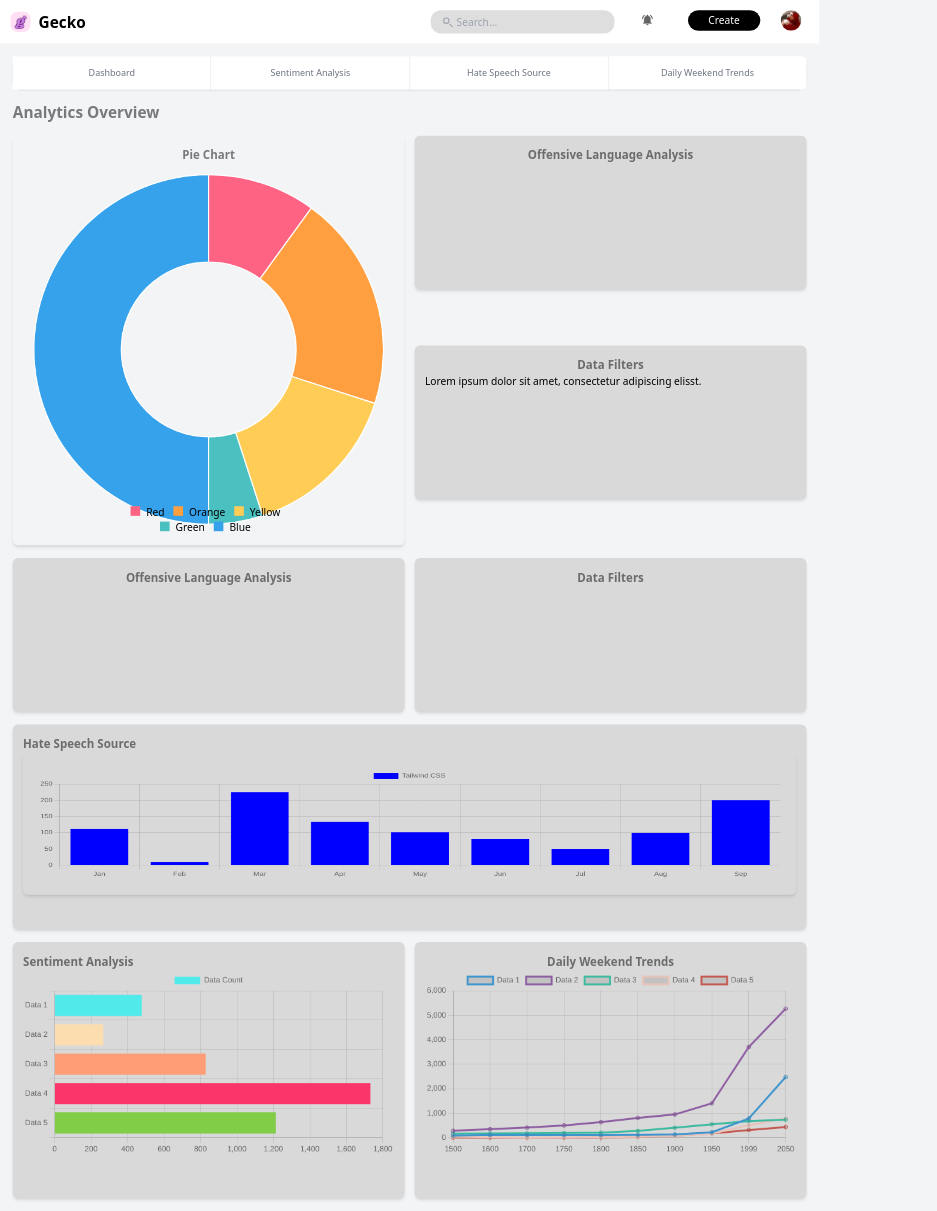
Repository: theamgri/thesis-website-nextjs
Page: website.html
These files come from the project's save history. The page is drawn as it stood at one moment and after the next save; the edit follows.
The browser window is 1280 px wide. The page is 1464 px wide, then 1280 px, then 1464 px, so the pictures cover 1464 px, including what lies to the right of the window. The pictures show the whole page, at 64% of full size.

Above is the page before, as saved 2023-10-04 10:27:36.
Console error: ReferenceError: Chart is not defined

After the next save:
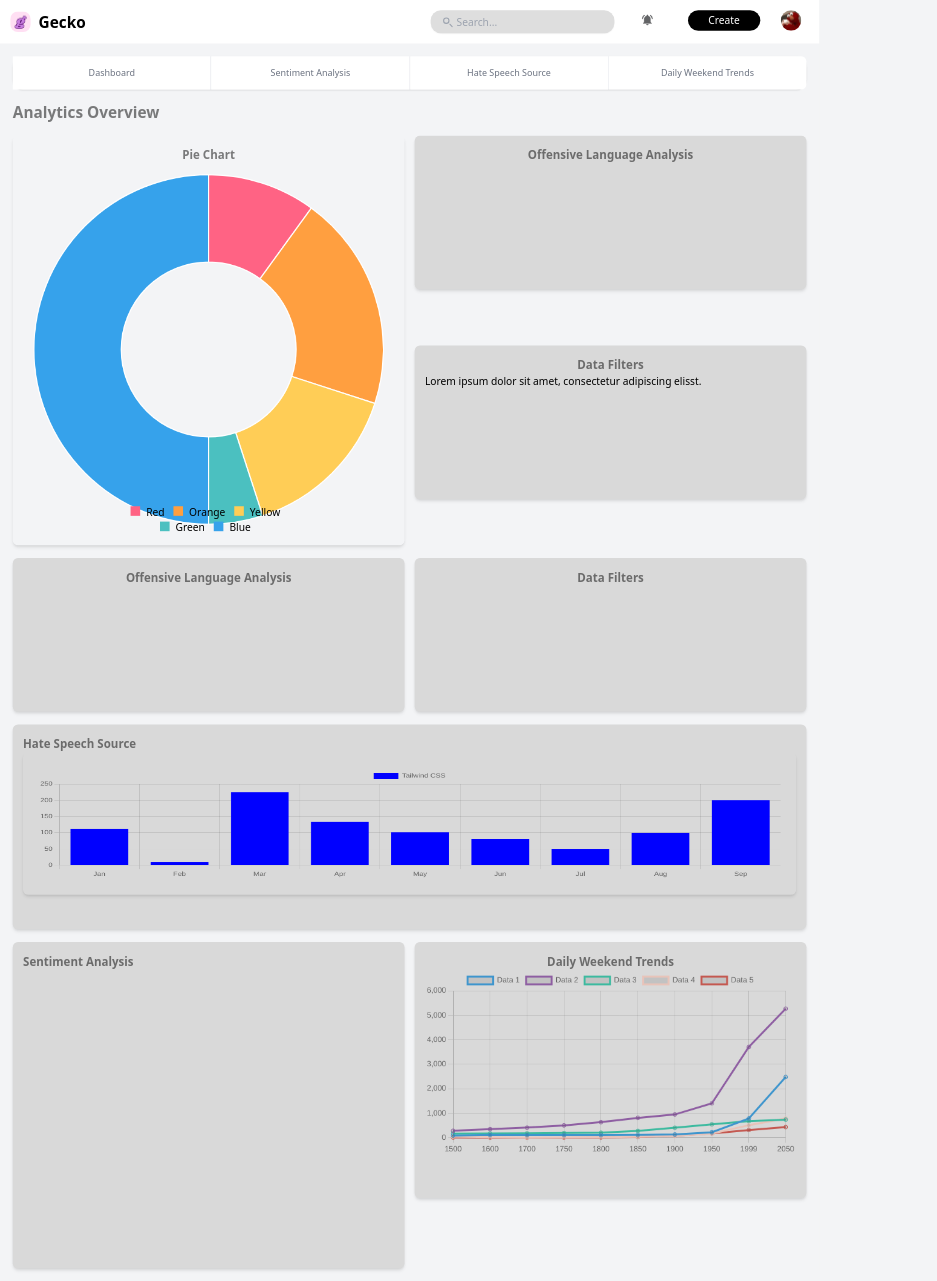
Saved 28 s later.
--- a/website.html
+++ b/website.html
@@ -318,36 +318,31 @@
     <!-- Container 4 -->
     <div class="bg-white p-4 rounded-lg shadow-md" style="background-color: #D9D9D9;">
         <h2 class="text-lg tex-center opacity-50 font-semibold">Sentiment Analysis</h2>
-        <div>
-          <canvas id="horizontal-bar-chart"></canvas>
-      </div>
-
-      <script>
-         new Chart(document.getElementById("horizontal-bar-chart"), {
-            type: 'bar',
-            data: {
-                labels: ["Data 1", "Data 2", "Data 3", "Data 4", "Data 5"],
-                datasets: [{
-                    label: "Data Count",
-                    backgroundColor: ["#51EAEA", "#FCDDB0",
-                        "#FF9D76", "#FB3569", "#82CD47"
-                    ],
-                    data: [478, 267, 829, 1732, 1213]
-                }]
-            },
-            options: {
-                indexAxis: 'y',
-                legend: {
-                    display: false
-                },
-                title: {
-                    display: true,
-                    text: 'Chart JS Horizontal Bar Chart Example'
-                }
+        <canvas id="bar-chart-horizontal" width="800" height="450"></canvas>
+
+        <script>
+          new Chart(document.getElementById("bar-chart-horizontal"), {
+        type: 'horizontalBar',
+        data: {
+          labels: ["Africa", "Asia", "Europe", "Latin America", "North America"],
+          datasets: [
+            {
+              label: "Population (millions)",
+              backgroundColor: ["#3e95cd", "#8e5ea2","#3cba9f","#e8c3b9","#c45850"],
+              data: [2478,5267,734,784,433]
             }
-        });
+          ]
+        },
+        options: {
+          legend: { display: false },
+          title: {
+            display: true,
+            text: 'Predicted world population (millions) in 2050'
+          }
+        }
+    });
+
       </script>
-
     </div>
 
     <!-- Container 5 -->

After the save that followed:
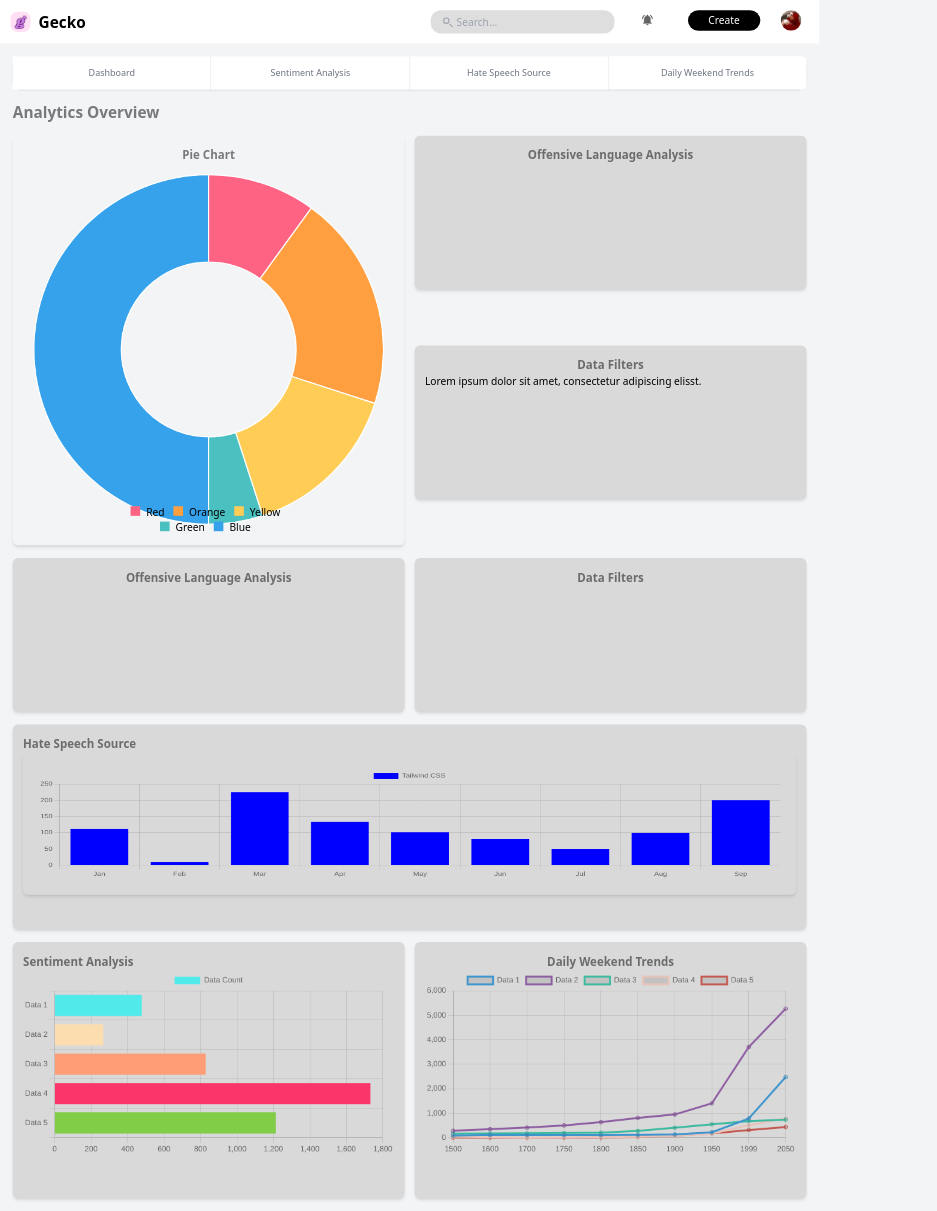
Saved 3 min 53 s later.
--- a/website.html
+++ b/website.html
@@ -318,31 +318,36 @@
     <!-- Container 4 -->
     <div class="bg-white p-4 rounded-lg shadow-md" style="background-color: #D9D9D9;">
         <h2 class="text-lg tex-center opacity-50 font-semibold">Sentiment Analysis</h2>
-        <canvas id="bar-chart-horizontal" width="800" height="450"></canvas>
-
-        <script>
-          new Chart(document.getElementById("bar-chart-horizontal"), {
-        type: 'horizontalBar',
-        data: {
-          labels: ["Africa", "Asia", "Europe", "Latin America", "North America"],
-          datasets: [
-            {
-              label: "Population (millions)",
-              backgroundColor: ["#3e95cd", "#8e5ea2","#3cba9f","#e8c3b9","#c45850"],
-              data: [2478,5267,734,784,433]
+        <div>
+          <canvas id="horizontal-bar-chart"></canvas>
+      </div>
+
+      <script>
+         new Chart(document.getElementById("horizontal-bar-chart"), {
+            type: 'bar',
+            data: {
+                labels: ["Data 1", "Data 2", "Data 3", "Data 4", "Data 5"],
+                datasets: [{
+                    label: "Data Count",
+                    backgroundColor: ["#51EAEA", "#FCDDB0",
+                        "#FF9D76", "#FB3569", "#82CD47"
+                    ],
+                    data: [478, 267, 829, 1732, 1213]
+                }]
+            },
+            options: {
+                indexAxis: 'y',
+                legend: {
+                    display: false
+                },
+                title: {
+                    display: true,
+                    text: 'Chart JS Horizontal Bar Chart Example'
+                }
             }
-          ]
-        },
-        options: {
-          legend: { display: false },
-          title: {
-            display: true,
-            text: 'Predicted world population (millions) in 2050'
-          }
-        }
-    });
-
+        });
       </script>
+
     </div>
 
     <!-- Container 5 -->
